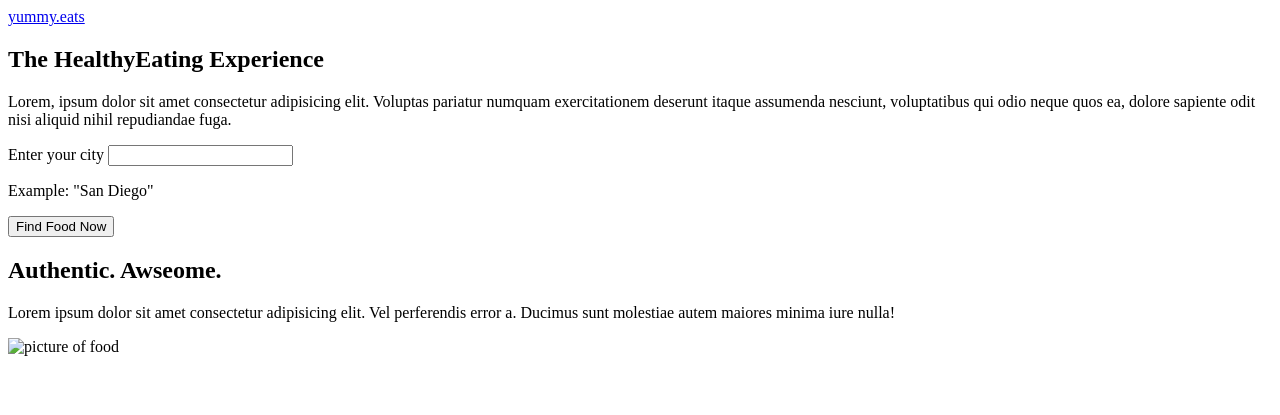
Repository: MansiLadkar/food_frontend
Page: index.html
These files come from the project's save history. The page is drawn as it stood at one moment and after the next save; the edit follows.
The browser window is 1280 px wide. The pictures show the whole page.

Above is the page before, as saved 2023-01-13 13:53:17.
Not found: pictures/food.jpg

### index.html
<!DOCTYPE html>
<html lang="en">
  <head>
    <meta charset="UTF-8" />
    <meta http-equiv="X-UA-Compatible" content="IE=edge" />
    <meta name="viewport" content="width=device-width, initial-scale=1.0" />
    <title>Document</title>
    <link rel="stylesheet" href="css/main.css" />
  </head>
  <body>
    <div class="hero-bg">
      <section class="top">
        <header>
          <a href="#">yummy.eats</a>
        </header>
        <h1><span>The Healthy</span>Eating Experience</h1>
        <p>
          Lorem, ipsum dolor sit amet consectetur adipisicing elit. Voluptas
          pariatur numquam exercitationem deserunt itaque assumenda nesciunt,
          voluptatibus qui odio neque quos ea, dolore sapiente odit nisi aliquid
          nihil repudiandae fuga.
        </p>
        <div class="form-container">
          <form action="">
            <div class="form-left">
              <label for="city">Enter your city</label>
              <input type="text" name="city" id="city" />
              <p>Example: "San Diego"</p>
            </div>
            <input type="button" value="Find Food Now" />
          </form>
        </div>
      </section>
    </div>
    <section class="authentic">
      <div class="right-col">
        <h1>Authentic. Awseome.</h1>
        <p>
          Lorem ipsum dolor sit amet consectetur adipisicing elit. Vel
          perferendis error a. Ducimus sunt molestiae autem maiores minima iure
          nulla!
        </p>
      </div>
      <img src="pictures/food.jpg" alt="picture of food" />
    </section>
  </body>
</html>

### css/main.css
@import url("https://fonts.googleapis.com/css2?family=Quicksand:wght@300;400;500;600;700&display=swap");

After the next save:
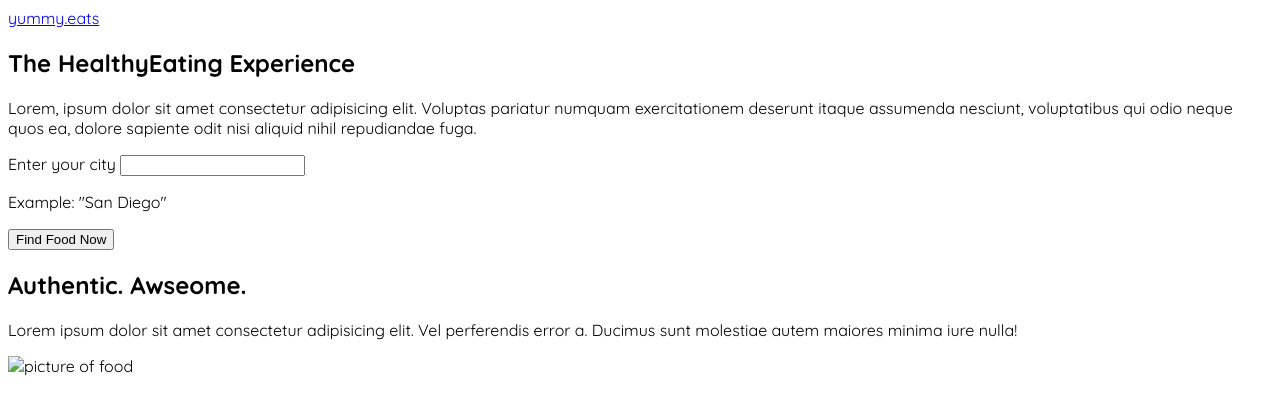
Saved 84 s later.
--- a/css/main.css
+++ b/css/main.css
@@ -1 +1,5 @@
 @import url("https://fonts.googleapis.com/css2?family=Quicksand:wght@300;400;500;600;700&display=swap");
+
+body {
+  font-family: "Quicksand", sans-serif;
+}
